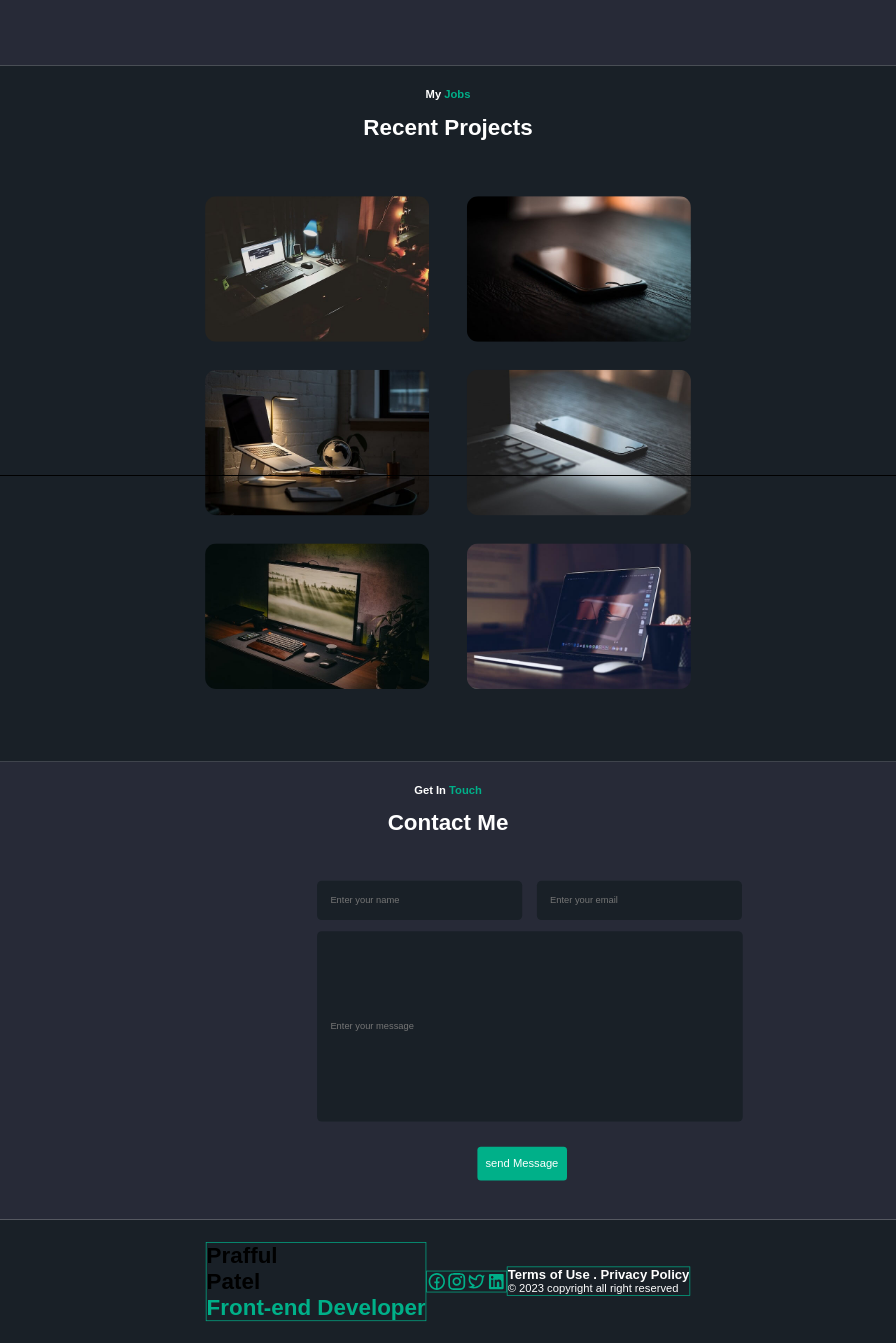
Repository: PraffulPatel27/Portfolio_2.0
Page: index.html
These files come from the project's save history. The page is drawn as it stood at one moment and after the next save; the edit follows.
The browser window is 1280 px wide. The pictures show the part of the page from y = 2225 to 4145 px (the page is 4145 px tall before and 4126 px after), at 70% of full size.

Above is the page before, as saved 2024-01-02 21:01:32.

### index.html
<!DOCTYPE html>
<html lang="en">
<head>
    <meta charset="UTF-8">
    <meta name="viewport" content="width=device-width, initial-scale=1.0">
    <title>Portfolio website complete</title>
    <link rel="stylesheet" href="style.css">
</head>
<body>

  <div class="container-first">
    <!-- /*********************** nav bar **************************/ -->
        <nav class="header">
            <h1>Portfolio</h1>

            <div class="nav-bar">
                <ul>
                    <li class="c1">Home</li>
                    <li> <a id="unique" href="#about">About</a></li>
                    <li>Services</li>
                    <li>Projects</li>
                    <li>Contact</li>
                </ul>
            </div>

        </nav>
        <!-- <div class="head-1"></div> -->



    <!-- /*********************** Section - 1 **************************/ -->
    <div class="first-main-content">
      <div class="left-content">
        <!-- <h1> Hi, </h1> -->
        <p class="ch"> Hello, </p>
        <p class="ch" id="bl"> I'm  </p>
        <h1 id="name-author"> Prafful Patel</h1>
        <h1> Front-end Developer </h1>

        <button class="btn"> Contact </button>
        <div class="social">
            <img src="images/insta.svg">
            <img src="images/fb.svg">
            <img src="images/github.svg">
        </div>
    </div>

   <img class="pic" src="images/profile-pic-circle.png">
   </div>


    <!-- /*********************** Section - 2 **************************/ -->
    <div class="section-2">
            <p class="heading-about"> About </p>

        <div class="front-2_under">
            <div class="left-content">
                <img class="left-img" src="images/image-portfolio.jpg">
            </div>

            <div class="right-para" id="about">
                <p class="heading-2"> I'am Prafful </p>
                <p class="description"> I'm Prafful Patel, a B.Tech. student specializing in AIML and
                    deiving into frontend development. With an unyielding passion
                    for emerging technologies, I'm committed to exploring the
                    digital frontier. My foundation in AIML, coupled with my
                    growing frontend skills, fuels my drive to push technological
                    boundaries and contribute to the ever-evolving tech
                    landscape. Thank you for visiting my portfolio; I eagerly
                    anticipate connecting with fellow enthusiasts and
                    organizations to shape the future of technology. </p>
            </div>
        </div>

    </div>


    <!-- /*********************** Section - 3 **************************/ -->

    <div class="section-3">
        <div class="bx-1">
            <p class="sm" > Favorite </p>
            <p class="sm" id="fsm"> Skills</p>
            <h1> My Skills</h1>

            <p class="skills-info">See fully what skills I have and perform, to
                develop the projects for you.</p>
            <button class="see-project"> See Projects </button>
        </div>

        <div class="bx-2">
          <div class="skill-nm">
            <p class="sl">01. </p>
            <p class="sl" id="lsm">HTML & CSS</p>
          </div>

          <div class="skill-nm">
            <p class="sl">02. </p>
            <p class="sl" id="lsm">JavaScript</p>
          </div>

          <div class="skill-nm">
            <p class="sl">03. </p>
            <p class="sl" id="lsm">Bootstrap</p>
          </div>

          <div class="skill-nm">
            <p class="sl">04. </p>
            <p class="sl" id="lsm">React</p>
          </div>
        </div>

        <div class="bx-2" id="bx-2_2">
            <div class="skill-nm">
                <p class="sl">05. </p>
                <p class="sl" id="lsm">Git & GitHub</p>
              </div>

              <div class="skill-nm">
                <p class="sl">06. </p>
                <p class="sl" id="lsm">Figma</p>
              </div>

              <div class="skill-nm">
                <p class="sl">07. </p>
                <p class="sl" id="lsm">C++</p>
              </div>
        </div>
    </div>


    <!-- /*********************** Section - 4 **************************/ -->
    <div class="section-4">
      <div class="head-4">
        <p class="sl" id="lsm">My</p>
        <p class="sl">Services</p>
      </div>

      <h1>What I Do</h1>

      <div class="do-box">
         <div class="box-1">
            <img src="./images/web-development.png">
            <h2>Web Developer</h2>
            <p>Development of custom web
                pages. Using current technologies
                and libraries of the labor field.</p>
         </div>

         <div class="box-1">
            <img src="./images/ui-ux-designe.svg">
            <h2>UI/UX Designer</h2>
            <p>I offer design of web interfaces and
                mobile applications, design made
                in figma, adobe xd and sketch.</p>
         </div>

         <div class="box-1">
            <img src="./images/graphic-design.png">
            <h2>Graphic Design</h2>
            <p>I make designs at the client's
                request, banner design, posters,
                digital designs among others.</p>
         </div>
      </div>
    </div>


    <!-- /*********************** Section - 5 **************************/ -->
    <div class="section-5">
        <div class="head-5">
          <p class="sl" id="lsm">My</p>
          <p class="sl">Jobs</p>
        </div>

        <h1>Recent Projects</h1>

        <div class="projects-box">
            <div class="pro-1">
               <img src="./images/project-img-1.jpg">
            </div>

            <div class="pro-1">
               <img src="./images/project-img-2.jpg">
            </div>

            <div class="pro-1">
               <img src="./images/project-img-3.jpg">
            </div>

            <div class="pro-1">
                <img src="./images/project-img-4.jpg">
            </div>

            <div class="pro-1">
                <img src="./images/project-img-5.jpg">
            </div>

            <div class="pro-1">
                <img src="./images/project-img-6.jpg">
            </div>

         </div>
    </div>


    <!-- /*********************** Section - 6 **************************/ -->
    <div class="section-6">
        <div class="head-6">
          <p class="sl" id="lsm">Get In </p>
          <p class="sl">Touch</p>
        </div>

        <h1>Contact Me</h1>

        <div class="contact">
          <div class="contact-box-1">
            <input type="name" class="fs-input" placeholder="Enter your name">
            <input type="email" class="fs-input" placeholder="Enter your email">
          </div>

          <div class="contact-box-2">
            <input type="text" id="contact-message" placeholder="Enter your message">
          </div>
        </div>
        <button class="contact-btn"> send Message </button>
    </div>


    <!-- /*********** footer section here ************/ -->
    <footer>
        <div class="footer-box-1">
            <h1 class="foot" id="last"> Prafful </h1> <h1 class="foot"> Patel</h1>
            <h1 style="color: #00B089;"> Front-end Developer</h1>
        </div>

        <div class="footer-box-1" id="foot-icons-link">
            <img class="fb" src="images/fb.svg">
            <img class="ins" src="images/insta.svg">
            <img class="lid" src="images/twitter-line.svg">
            <img class="git" src="images/linkedin.svg">
        </div>

        <div class="footer-box-1" style="color: #fff;">
            <h3 class="f-h3"> Terms of Use . Privacy Policy </h3>
            <p class="fp"> © 2023 copyright all right reserved </p>
        </div>
    </footer>


    <!-- <footer>
            <h4 class="f-h4"> Prafful </h4>
            <div class="fimg">
                <img class="fb" src="images/faceb.png">
                <img class="ins" src="images/instagram-logo.png">
                <img class="lid" src="images/linkedin (1).png">
                <img class="git" src="images/github (1).png">
            </div>
            <h3 class="f-h3"> Terms of Use . Privacy Policy </h3>
            <p class="fp"> © 2023 copyright all right reserved </p>
    </footer> -->

  </div>

</body>
</html>

### style.css
* {
    margin: 0;
    padding: 0;
    box-sizing: border-box;
    font-family: 'Poppins' , sans-serif;
    scroll-behavior: smooth;
    overflow-x: hidden;
}
.container-first {
    display: flex;
    flex-direction: column;
    flex-wrap: wrap;
    width: 100vw;
    align-items: center;
}
.main-con {
    margin-left: 10%;
    margin-right: 10%;
}

/*********************** Nav bar **************************/
.header {
    min-height: 90%;
    width: 100%;
    background-position: center;
    background-size: cover;
    position: relative;
    background-color: #192027;
    color: #fff;
}
nav {
    display: flex;
    padding: 1.6% 4%;
    align-items: center;
    justify-content: center;
}
.nav-bar {
    flex: 1;
    text-align: right;
}
.nav-bar ul li {
    list-style: none;
    display: inline-block;
    padding: 8px 18px;
    position: relative;
    /* font-weight: bold; */
    cursor: pointer;
    font-size: 0.88rem;
}
#unique {
    text-decoration: none;
    color: #fff;
}
#unique:hover {
    color: #00B089;
}
.nav-bar ul li::after  {
    content: '';
    width: 0%;
    height: 3.5px;
    background-color: #00B089;
    display: block;
    margin: auto;
    transition: 0.80s;
}
.nav-bar ul li:hover::after {
    width: 100%;
}
.nav-bar ul li:hover {
    color: #00B089;
}
nav h1 {
    font-size: 2rem;
    color: #00B089;
    margin-left: 1.7rem;
}

/*********************** Section - 1 **************************/
.first-main-content {
    width: 100%;
    background-color: #192027;
    padding-bottom: 7%;
    display: flex;
    justify-content: space-evenly;
    align-items: center;
    flex-direction: row;
    flex-wrap: wrap;
    align-items: center;
    /* border: 2px solid black; */
}
/* .head-1 {
    margin-top: -1.2%;
    opacity: 0.1;
    border: 0.8px solid black;
    width: 100%;
} */
.left-content {
    padding-top: 5%;
    padding-left: 10%;
    /* border: 2px solid black; */
}
.ch {
    display: inline;
    font-size: 33px;
    color: #fff;
}
#bl {
    color: #00B089;
}
#name-author {
    color: #00B089;
    margin-top: 1.2%;
    font-size: 3.3rem;
    margin-left: 0.1%;
}
.left-content h1 {
    line-height: 60px;
    color: #fff;
    font-size: 25px;
}
.btn {
    width: 10%;
    height: 3rem;
    margin-top: 7%;
    margin-left: 0.5%;
    border-radius: 10px;
    background: #00B089;
    border: none;
    cursor: pointer;
    color: white;
    font-size: 1rem;
    text-align: center;
}
.btn:hover {
    box-shadow: 0px 0px 30px #00B089;
    transition: 0.2s;
}
.social {
    margin-top: 4%;
    margin-left: -1%;
    /* border: 2px solid black; */
}
.social img {
    width: 3%;
    padding-left: 1%;
    cursor: pointer;
    /* background: none; */
}
.social img:hover {
    color: #00B089;
}
.pic {
    width: 20rem;
    margin-top:5%;
    margin-right: -62%;
    flex-wrap: wrap;
    position: absolute;
}

/*********************** Section - 2 **************************/
.section-2 {
    width: 100%;
    flex-wrap: wrap;
    align-items: center;
    display: flex;
    position: none;
    justify-content: space-evenly;
    background-color: #272A37;
    /* border: 2px solid red; */
}
.heading-about {
    text-align: center;
    margin-top: 5%;
    color: #00B089;
    font-size: 2.2rem;
    font-weight: 700;
    text-decoration: underline;
}
.front-2_under {
    display: flex;
    flex-direction: row;
    justify-content: space-evenly;
    align-items: center;
    margin-top: 2%;
    margin-left: 6.5%;
    margin-right: 9%;
    margin-bottom: 6%;
    /* border: 2px solid red; */
}
.left-content {
    flex: 1;
}
.left-content .left-img {
    width: 60%;
    max-width: 100%;
    height: auto;
    border-radius: 1%;
}
.right-para {
    flex: 1;
}
.heading-2 {
    font-size: 2.5rem;
    line-height: 70px;
    color: #fff;
}
.description {
    color: #858B96;
    letter-spacing: 1.5px;
    line-height: 28px;
    margin-top: 2%;
}

 /*********************** Section - 3 **************************/
 .section-3 {
    width: 100%;
    height: 28rem;
    padding-top: 5%;
    flex-wrap: wrap;
    display: flex;
    /* flex-direction: row; */
    padding-left: 10%;
    padding-right: 10%;
    background-color: #192027;
    /* border: 2px solid black; */
}
.sm {
    color: #fff;
    display: inline;
    font-weight: 700;
    font-size: 15px;
}
#fsm {
    color: #00B089;
}
.bx-1 h1 {
    margin-top: 2.8%;
    color: #fff;
}
.skills-info {
    color: #858B96;
    margin-top: 8%;
    margin-bottom: 4.5%;
    font-size: 15px;
}
.bx-1 {
    /* border: 2px solid green; */
    overflow: hidden;
    width: 38%;
    height: 94%;
    padding-top: 5%;
    padding-left: 12%;
    margin-right: 3%;
}
.see-project {
    width: 40%;
    height: 3rem;
    margin-top: 15%;
    margin-left: 0.5%;
    border-radius: 6px;
    background: #00B089;
    border: none;
    cursor: pointer;
    color: white;
    font-size: 0.88rem;
    text-align: center;
}
.see-project:hover {
    box-shadow: 0px 0px 30px #00B089;
    transition: 0.2s;
}

.bx-2 {
    /* border: 2px solid red; */
    width: 27%;
    margin-top: 8%;
    padding-left: 10%;
}
#bx-2_2 {
    padding-left: 3%;
}
.skill-nm {
    margin-bottom: 10%;
}
.sl {
    color: #00B089;
    display: inline;
}
#lsm {
    color: #fff;
}

/*********************** Section - 4 **************************/
.section-4 {
    width: 100%;
    /* height: 30rem; */
    background-color: #272A37;
    padding-bottom: 4rem;
}
.head-4 {
    text-align: center;
    font-weight: 700;
    margin-top: 2.5%;
}
.section-4 h1 {
    margin-top: 1.5%;
    text-align: center;
    color: #fff;
}
.do-box {
    /* border: 1.5px solid white; */
    display: flex;
    margin-top: 5rem;
    /* margin-left: 5rem; */
    /* margin-right: 5rem; */
    padding: 2rem 2rem 2rem 14rem;
}
.box-1 {
    /* border: 1.5px solid orange; */
    width: 21rem;
    height: 20rem;
    border-radius: 15px;
    margin-right: 2.5rem;
    background-color: #192027;
}

.box-1:hover {
    border: 1px solid #00B089;
}
.box-1 img {
    width: 12%;
    margin: 5rem 0 0 9.1rem;
}
.box-1 h2 {
    text-align: center;
    color: #fff;
    margin-top: 1.5rem;
}
.box-1 p {
    color: #858B96;
    margin-top: 2rem;
    text-align: center;
    padding-left: 2.5rem;
    padding-right: 2.5rem;
}

.section-5 {
    width: 100%;
    background-color:#192027;
    padding-bottom: 4rem;
}
.section-5 h1 {
    margin-top: 1.5%;
    text-align: center;
    color: #fff;
}
.head-5 {
    text-align: center;
    font-weight: 700;
    margin-top: 2.5%;
}
.projects-box {
    margin-top: 5rem;
    display: flex;
    flex-wrap: wrap;
    justify-content: space-evenly;
    padding-left: 15rem;
    padding-right: 15rem;
}
.pro-1 {
    /* border: 1px solid #00B089; */
    border-radius: 16px;
    width: 20rem;
    height: 13rem;
    margin-bottom: 2.5rem;
}
.pro-1 img {
    display: block;
    object-fit: cover;
    width: 100%;
    height: 100%;
    /* border-radius: 16px; */

}

.section-6 {
    width: 100%;
    background-color:#272A37;
    padding-bottom: 3.5rem;
}
.section-6 h1 {
    margin-top: 1.5%;
    text-align: center;
    color: #fff;
}
.head-6 {
    text-align: center;
    font-weight: 700;
    margin-top: 2.5%;
}
.contact {
    /* border: 1px solid #00B089; */
    margin-top: 3.5rem;
    /* height: 21rem; */
    /* padding-left: 25rem; */
}
.contact-box-1 {
    width: 40rem;
    margin-left: 27.8rem;
    padding: 0.5rem 0.5rem 0.5rem 0.5rem;
    /* border: 1px solid #00B089; */
}
.contact-box-2 {
    width: 40rem;
    margin-left: 27.8rem;
    padding: 0.5rem 0.5rem 0.5rem 0.5rem;
    /* border: 1px solid #00B089; */
}
.fs-input {
    width: 47%;
    height: 3.5rem;
    border-radius: 6.5px;
    background-color: #192027;
    color: #858B96;
    padding-left: 1.2rem;
    margin-right: 1rem;
    border: none;
}
.fs-input::after {
    border: none;
}
#contact-message {
    width: 38rem;
    height: 17rem;
    border: none;
    padding-left: 1.2rem;
    padding-top: -2rem;
    border-radius: 6.5px;
    background-color: #192027;
    color: #858B96;
}
.contact-btn {
    width: 10%;
    height: 3rem;
    margin-top: 2.2%;
    margin-left: 42.6rem;
    border-radius: 5px;
    background: #00B089;
    border: none;
    cursor: pointer;
    color: white;
    font-size: 1rem;
    text-align: center;
}
/* .contact-btn:hover {
    box-shadow: 0px 0px 30px #00B089;
    transition: 0.2s;
} */

footer {
    width: 100%;
    background-color: #192027 !important;
    display: flex;
    justify-content: center;
    align-items: center;
    display: flex;
    padding: 2rem 2rem 2rem 2rem;
    /* border: 1px solid #00B089; */
}
.footer-box-1 {
    border: 1px solid #00B089;
}
#foot-icons-link {
    display: flex;
    width: 7.2rem;
}

After the next save:
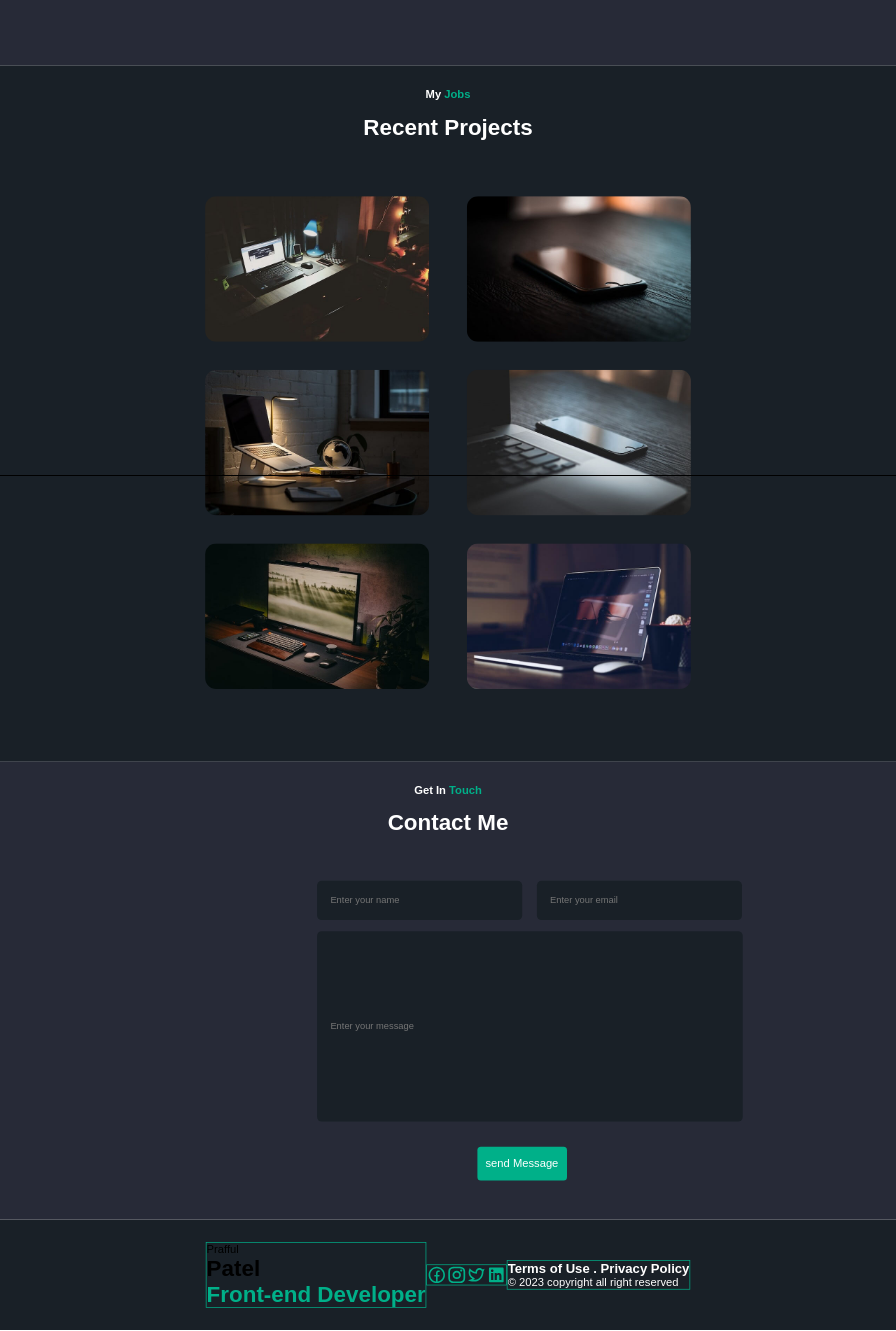
Saved 9 s later.
--- a/index.html
+++ b/index.html
@@ -230,7 +230,7 @@
     <!-- /*********** footer section here ************/ -->
     <footer>
         <div class="footer-box-1">
-            <h1 class="foot" id="last"> Prafful </h1> <h1 class="foot"> Patel</h1>
+            <p class="foot" id="last"> Prafful </p> <h1 class="foot"> Patel</h1>
             <h1 style="color: #00B089;"> Front-end Developer</h1>
         </div>
 
